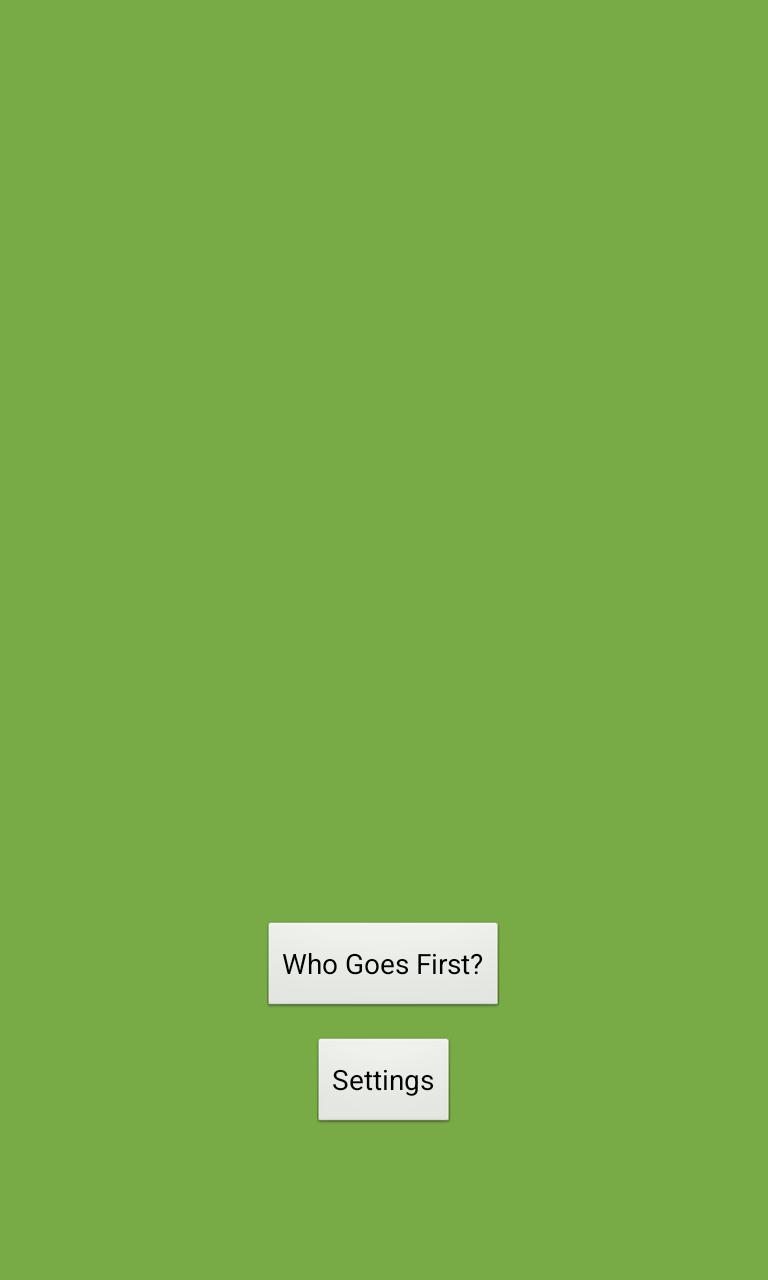
Repository: DarwinLYang/WhoGoesFirstApp
Layout: Who First/WhoFirst/res/layout/fragment_main.xml
The author's editor kept a copy of each file at every save. The layout is drawn from the files as they stood at one save, then again after the next save.
It is drawn on a 768 x 1280 px phone screen (xhdpi) without system bars, with theme android:Theme.NoTitleBar.Fullscreen; the app's code is not run.

Above is the layout before, as saved 2014-04-07 21:32:36.

After the next save:
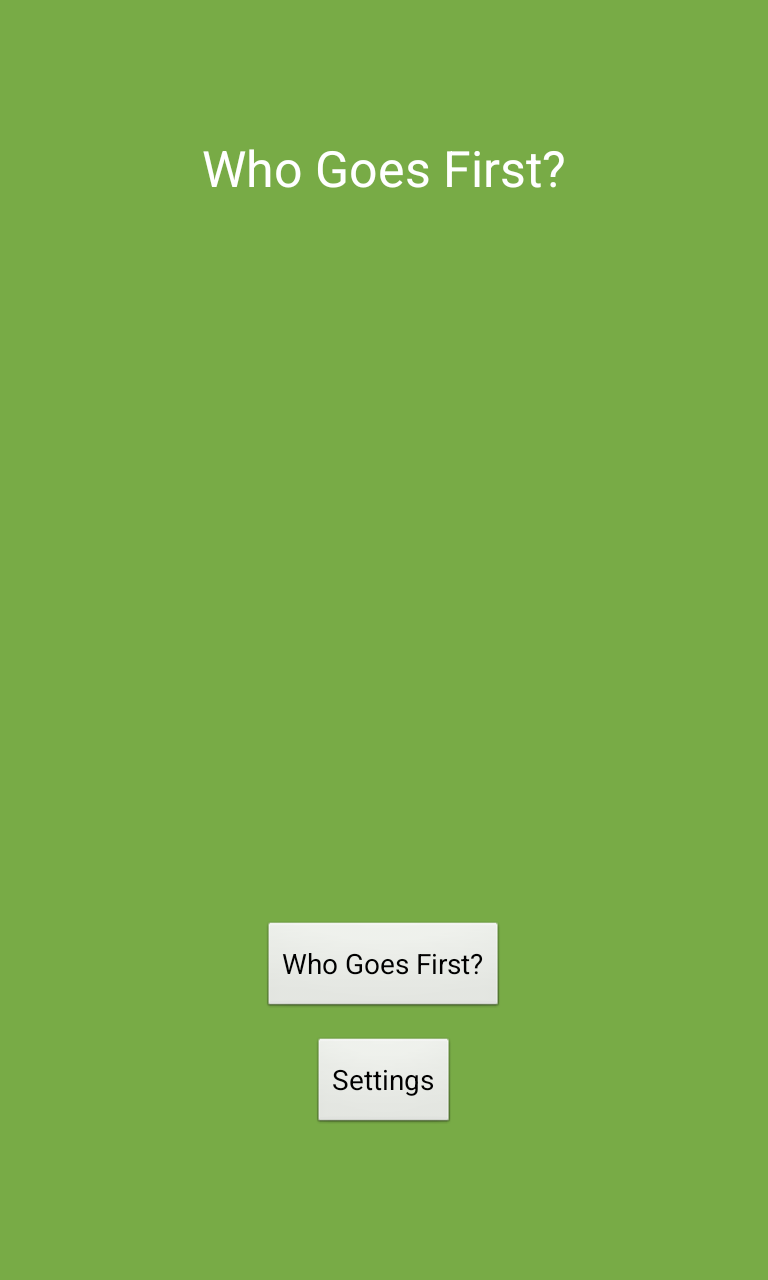
Saved 6 min 24 s later.
--- a/Who First/WhoFirst/res/layout/fragment_main.xml
+++ b/Who First/WhoFirst/res/layout/fragment_main.xml
@@ -25,4 +25,15 @@
         android:onClick="settingsScreen"
         android:text="@string/button_setting" />
 
+    <TextView
+        android:id="@+id/textView1"
+        android:layout_width="wrap_content"
+        android:layout_height="wrap_content"
+        android:layout_alignParentTop="true"
+        android:layout_centerHorizontal="true"
+        android:layout_marginTop="67dp"
+        android:text="Who Goes First?"
+        android:textSize="25"
+        android:textAppearance="?android:attr/textAppearanceLarge" />
+
 </RelativeLayout>
